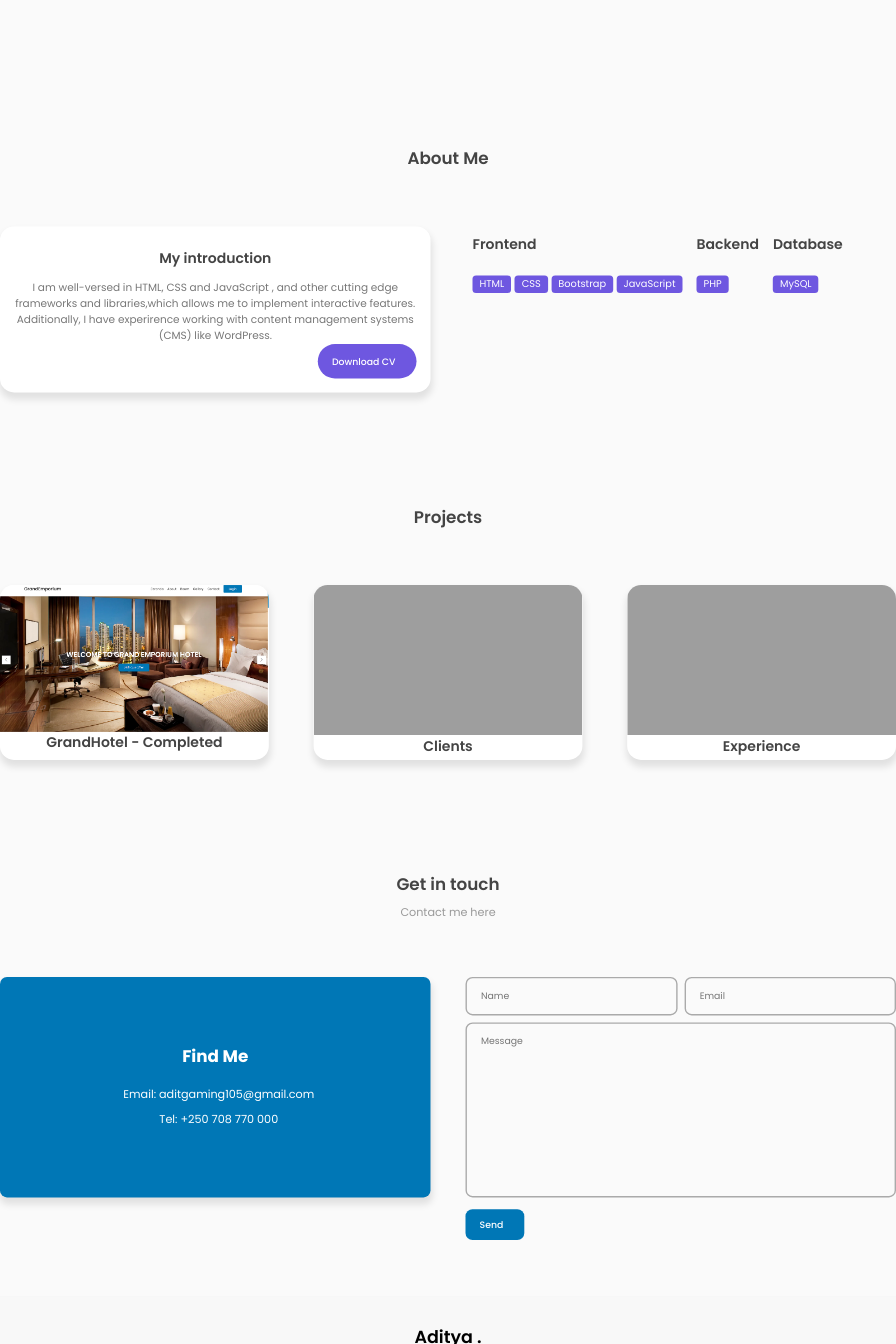
Repository: 4Kbrain/Portofolio
Page: index.html
These files come from the project's save history. The page is drawn as it stood at one moment and after the next save; the edit follows.
The browser window is 1280 px wide. The pictures show the part of the page from y = 591 to 2511 px (the page is 2767 px tall), at 70% of full size.
Pictures or frames that could not be fetched are drawn as grey boxes. Some icons come from a web library that is not loaded, so they are not drawn.

Above is the page before, as saved 2024-05-15 15:37:57.
Console error: ReferenceError: ScrollReveal is not defined

### index.html
<!DOCTYPE html>
<html lang="en">

<head>
    <meta charset="UTF-8">
    <meta name="viewport" content="width=device-width, initial-scale=1.0">
    <link rel="stylesheet" href="https://unicons.iconscout.com/release/v4.0.8/css/line.css">
    <link rel="stylesheet" href="assets/css/style.css">
    <link rel="shortcut icon" href="assets/img/favicon.png" type="image/x-icon">

    <title>Portfolio | Aditya</title>
</head>

<body>

    <div class="container">
        <!-- header -->
        <nav id="header">
            <div class="nav-logo">
                <a href="#home">
                    <p class="nav-name">Aditya</p>
                    <span>.</span>
                </a>
            </div>
            <div class="nav-menu" id="myNavMenu">
                <ul class="nav_menu_list">
                    <li class="nav_list">
                        <a href="#home" class="nav-link active-link">Home</a>
                        <div class="circle"></div>
                    </li>
                    <li class="nav_list">
                        <a href="#about" class="nav-link">About</a>
                        <div class="circle"></div>
                    </li>
                    <li class="nav_list">
                        <a href="#projects" class="nav-link">Projects</a>
                        <div class="circle"></div>
                    </li>
                    <li class="nav_list">
                        <a href="#contact" class="nav-link">Contact</a>
                        <div class="circle"></div>
                    </li>
                </ul>
            </div>
            <div class="nav-button">
                <a id="downloadCVButton" href="assets/CV/Aditya%20CV.pdf" download="CV.pdf" class="btn">Download CV <i
                        class="uil uil-file-alt"></i></a>
            </div>
            <div class="nav-menu-btn">
                <i class="uil uil-bars" onclick="myMenuFunction()"></i>
            </div>
        </nav>

        <!-- -------------- MAIN ---------------- -->
        <main class="wrapper">
            <!-- -------------- FEATURED BOX ---------------- -->
            <section class="featured-box" id="home">
                <div class="featured-text">
                    <div class="featured-text-card">
                        <span>Aditya Dwi Nugroho</span>
                    </div>
                    <div class="featured-name">
                        <p>I'm <span class="typedText"></span></p>
                    </div>
                    <div class="featured-text-info">
                        <p>Experienced frontend developer with a passion for creating visually stunning
                            and user-friendly websites.
                        </p>
                    </div>
                    <div class="featured-text-btn">
                        <button class="btn blue-btn">Contact Me</button>
                        <a id="downloadCVButton" href="assets/CV/Aditya%20CV.pdf" download="CV.pdf" class="btn">Download CV <i class="uil uil-file-alt"></i></a>

                    </div>
                    <div class="social_icons">
                        <div class="icon"><a href="https://www.instagram.com/allen.adityadn/"><i class="uil uil-instagram"></i></a></div>
                        <div class="icon"><a href="https://linkedin.com"><i class="uil uil-linkedin-alt"></i></a></div>
                        <div class="icon"><a href="https://dribbble.com"><i class="uil uil-dribbble"></i></a></div>
                        <div class="icon"><a href="https://github.com/4Kbrain"><i class="uil uil-github-alt"></i></a></div>

                    </div>
                </div>
                <div class="featured-image">
                    <div class="image">
                        <img src="assets/img/avatar.png" alt="avatar">
                    </div>
                </div>
                <!-- <div c
         -->
    </div>

    </section>
    <!-- -------------- ABOUT BOX ---------------- -->
    <section class="section" id="about">
        <div class="top-header">
            <h1>About Me</h1>
        </div>
        <div class="row">
            <div class="col">
                <div class="about-info">
                    <h3>My introduction</h3>
                    <p>I am well-versed in HTML, CSS and JavaScript , and other cutting edge
                        frameworks and libraries,which allows me to implement interactive features.
                        Additionally, I have experirence working with content management systems (CMS) like
                        WordPress.
                    </p>
                    <div class="about-btn">
                        <a href="assets/CV/Aditya%20CV.pdf" download>
                            <button class="btn">Download CV <i class="uil uil-import"></i></button>
                          </a>

                    </div>
                </div>
            </div>
            <div class="col">
                <div class="skills-box">
                    <div class="skills-header">
                        <h3>Frontend</h3>
                    </div>
                    <div class="skills-list">
                        <span>HTML</span>
                        <span>CSS</span>
                        <span>Bootstrap</span>
                        <span>JavaScript</span>
                    </div>
                </div>
                <div class="skills-box">
                    <div class="skills-header">
                        <h3>Backend</h3>
                    </div>
                    <div class="skills-list">
                        <span>PHP</span>
                    </div>
                </div>
                <div class="skills-box">
                    <div class="skills-header">
                        <h3>Database</h3>
                    </div>
                    <div class="skills-list">
                        <span>MySQL</span>
                    </div>
                </div>
            </div>
        </div>
    </section>

    <!-- -------------- PROJECT BOX ---------------- -->

    <section class="section" id="projects">
        <div class="top-header">
            <h1>Projects</h1>
        </div>
        <div class="project-container">
            <div class="project-box">
                <img src="assets/img/GrandHotel.png" alt="Project Image 1" class="project-image">
                <h3>GrandHotel - Completed</h3>
            </div>
            <div class="project-box">
                <img src="path/to/your/image2.jpg" alt="Project Image 2" class="project-image">
                <h3>Clients</h3>
                <label>25+ Happy Clients</label>
            </div>
            <div class="project-box">
                <img src="path/to/your/image3.jpg" alt="Project Image 3" class="project-image">
                <h3>Experience</h3>
                <label>7+ Years in the field</label>
            </div>
        </div>
    </section>



    <!-- -------------- CONTACT BOX ---------------- -->

    <section class="section" id="contact">
        <div class="top-header">
            <h1>Get in touch</h1>
            <span>Contact me here</span>
        </div>
        <div class="row">
            <div class="col">
                <div class="contact-info">
                    <h2>Find Me <i class="uil uil-corner-right-down"></i></h2>
                    <p><i class="uil uil-envelope"></i> Email: aditgaming105@gmail.com</p>
                    <p><i class="uil uil-phone"></i> Tel: +250 708 770 000</p>
                </div>
            </div>
            <div class="col">
                <div class="form-control">
                    <div class="form-inputs">
                        <input type="text" class="input-field" placeholder="Name">
                        <input type="text" class="input-field" placeholder="Email">
                    </div>
                    <div class="text-area">
                        <textarea placeholder="Message"></textarea>
                    </div>
                    <div class="form-button">
                        <button class="btn">Send <i class="uil uil-message"></i></button>
                    </div>
                </div>
            </div>
        </div>
    </section>

    </main>

    <!-- Footer -->
    <footer>
        <div class="top-footer">
            <p>Aditya .</p>
        </div>
        <div class="middle-footer">
            <ul class="footer-menu">
                <li class="footer_menu_list">
                    <a href="#home">Home</a>
                </li>
                <li class="footer_menu_list">
                    <a href="#about">About</a>
                </li>
                <li class="footer_menu_list">
                    <a href="#projects">Projects</a>
                </li>
                <li class="footer_menu_list">
                    <a href="#contact">Contact</a>
                </li>
            </ul>
        </div>
        <div class="footer-social-icons">
            <div class="icon"><i class="uil uil-instagram"></i></div>
            <div class="icon"><i class="uil uil-linkedin-alt"></i></div>
            <div class="icon"><i class="uil uil-dribbble"></i></div>
            <div class="icon"><i class="uil uil-github-alt"></i></div>
        </div>
        <div class="bottom-footer">
            <p>Copyright &copy; <a href="https://www.instagram.com/allen.adityadn/" style="text-decoration: none;">@allen.adityadn</a> - All rights reserved</p>
        </div>
    </footer>

    </div>

    <script src="https://unpkg.com/typed.js@2.0.16/dist/typed.umd.js"></script>
    <script src="assets/js/script.js"></script>
</body>

</html>

Loaded but not shown: assets/js/script.js (124 lines, source omitted); assets/css/style.css (604 lines, source omitted)

After the next save:
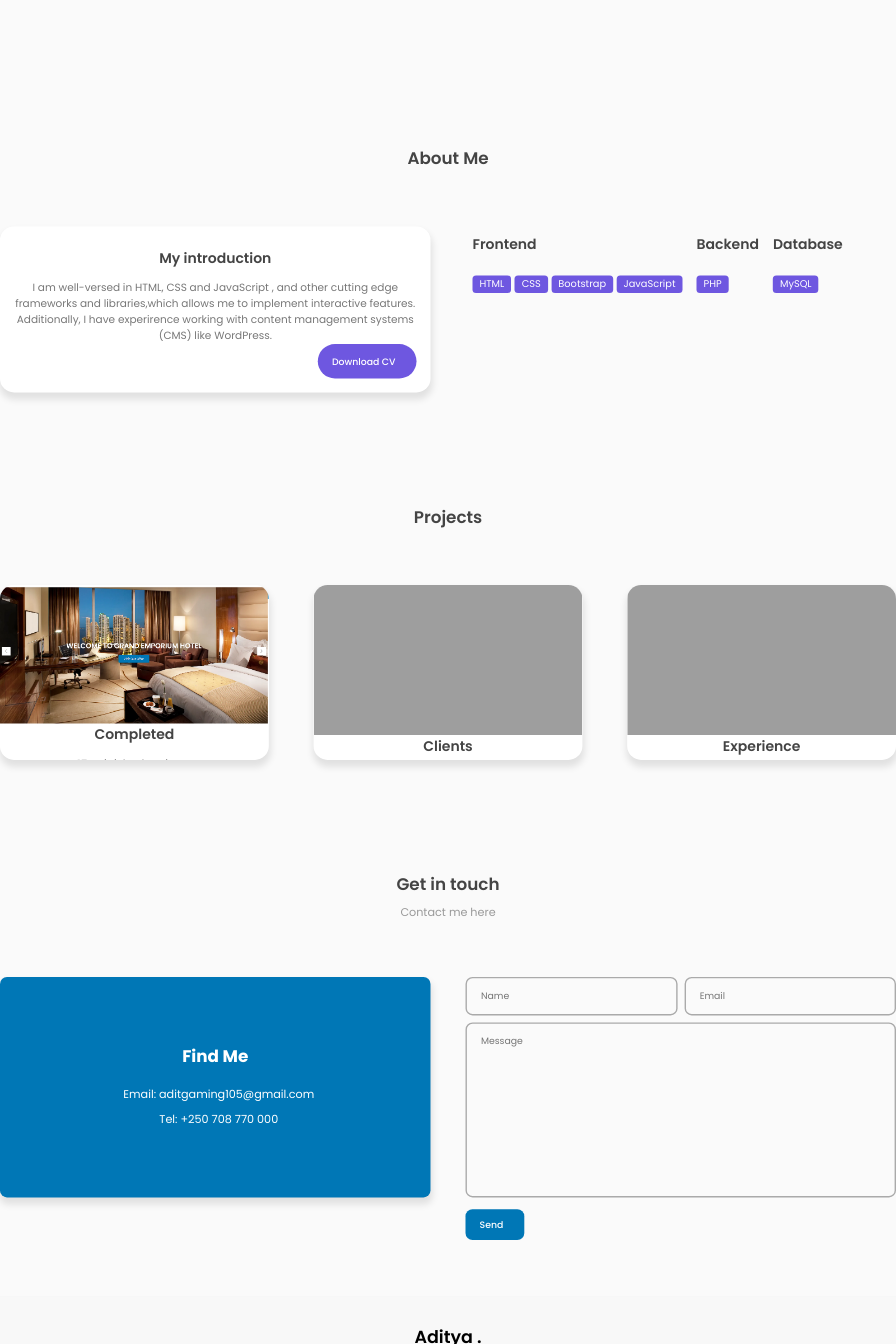
Saved 7 s later.
--- a/index.html
+++ b/index.html
@@ -153,7 +153,8 @@
         <div class="project-container">
             <div class="project-box">
                 <img src="assets/img/GrandHotel.png" alt="Project Image 1" class="project-image">
-                <h3>GrandHotel - Completed</h3>
+                <h3>Completed</h3>
+                <label>15+ Finished Projects</label>
             </div>
             <div class="project-box">
                 <img src="path/to/your/image2.jpg" alt="Project Image 2" class="project-image">

After the save that followed:
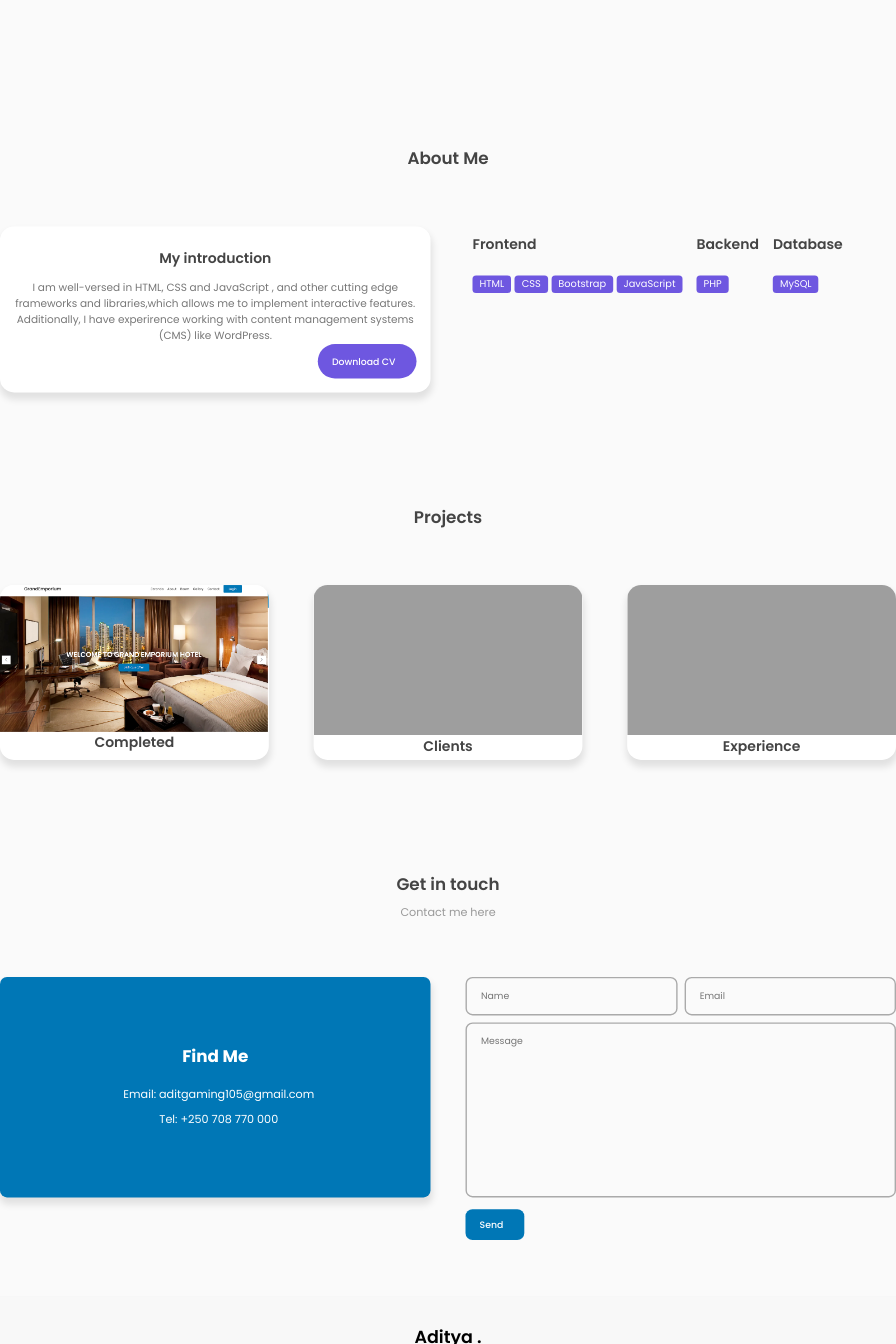
Saved 6 s later.
--- a/index.html
+++ b/index.html
@@ -154,7 +154,7 @@
             <div class="project-box">
                 <img src="assets/img/GrandHotel.png" alt="Project Image 1" class="project-image">
                 <h3>Completed</h3>
-                <label>15+ Finished Projects</label>
+                <label></label>
             </div>
             <div class="project-box">
                 <img src="path/to/your/image2.jpg" alt="Project Image 2" class="project-image">
